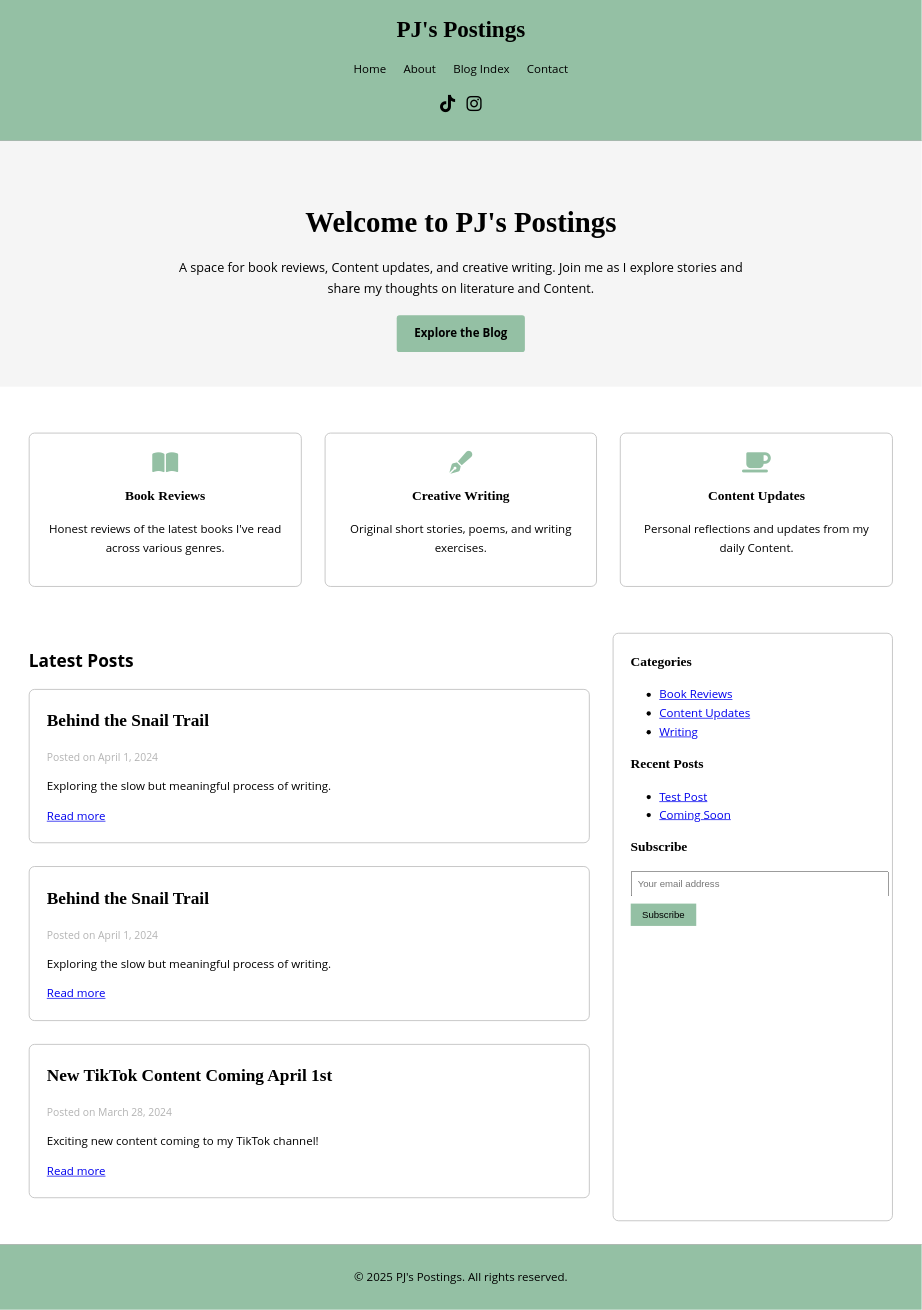
Repository: pjpatrick071/pjpatrick071.github.io
Page: index.html
The author's editor kept a copy of each file at every save. The page is drawn from the files as they stood at one save, then again after a run of saves.
The browser window is 1280 px wide. The pictures show the whole page, at 72% of full size.
Some web fonts or font styles are not loaded; a fallback is used.

Above is the page before, as saved 2025-04-03 20:17:46.

After the next 3 saves:
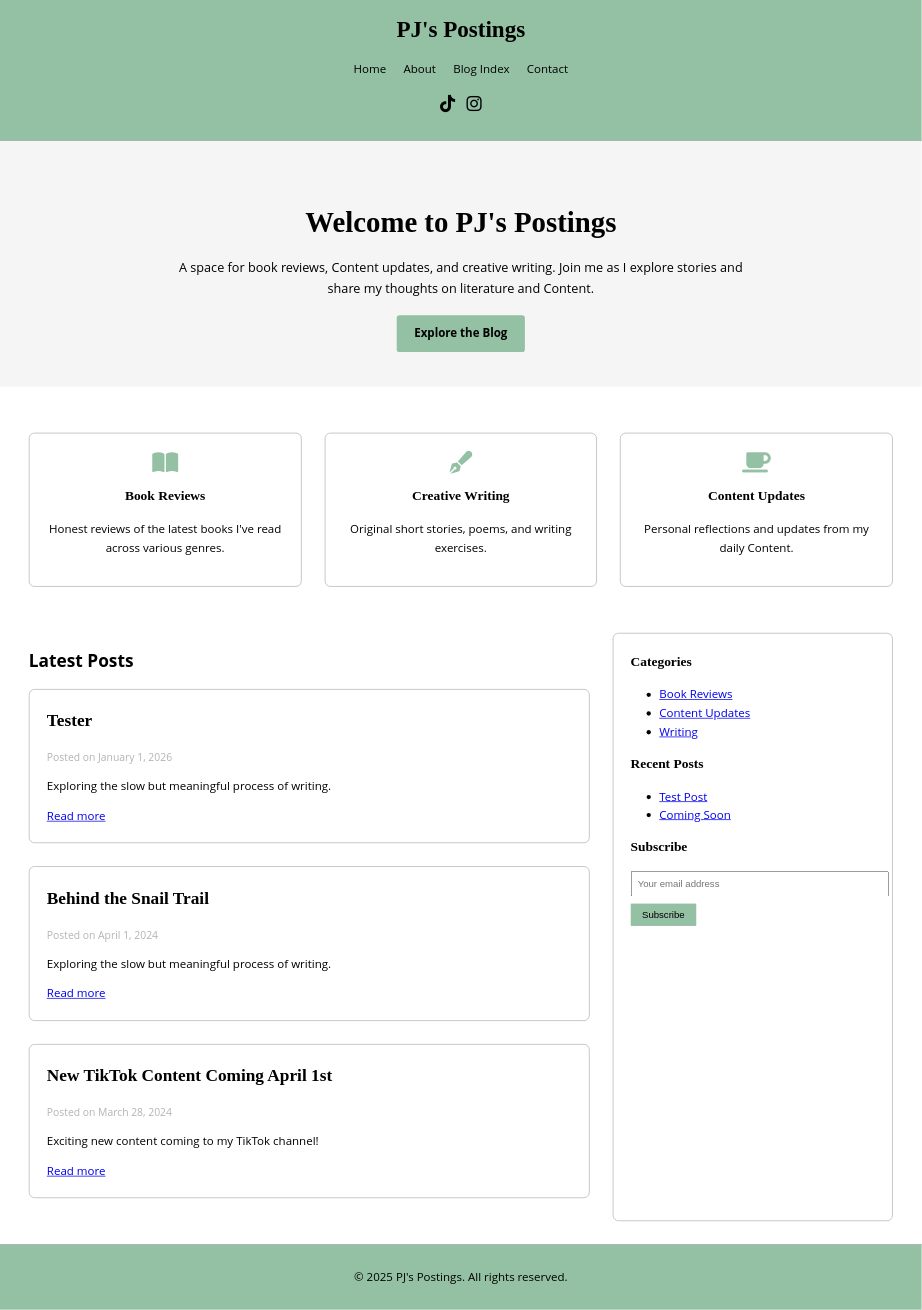
The 3 saves are shown as one change because they came seconds apart.
The last was saved 9 s later.
--- a/posts.json
+++ b/posts.json
@@ -37,8 +37,8 @@
     "excerpt": "Exploring the slow but meaningful process of writing."
 },
 {
-    "title": "Behind the Snail Trail",
-    "date": "2024-04-01",
+    "title": "Tester",
+    "date": "2026-01-01",
     "url": "posts/snail-trail.html",
     "excerpt": "Exploring the slow but meaningful process of writing."
 }
